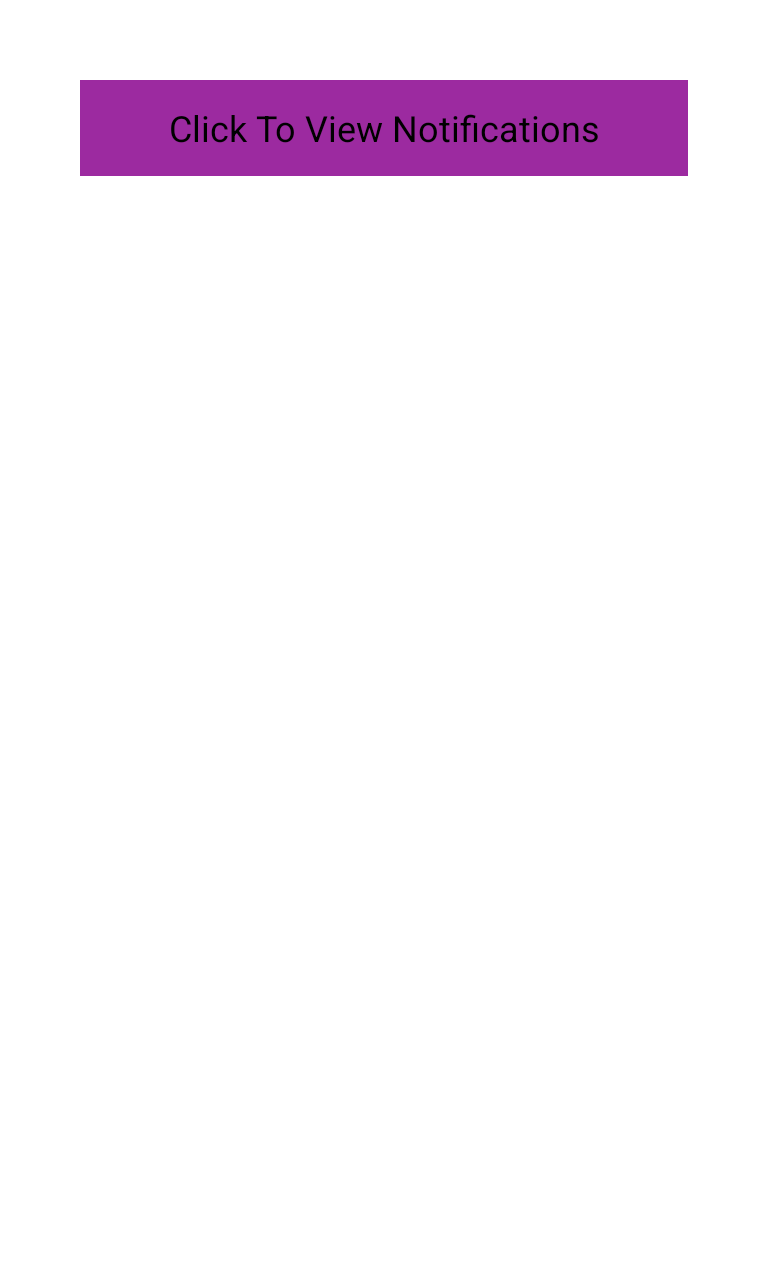
Repository: harishkumar93/harish_AndroidTraining2014
Layout: Exam/BroadCastActivity/res/layout/main.xml
The author's editor kept a copy of each file at every save. The layout is drawn from the files as they stood at one save, then again after the next save.
It is drawn on a 768 x 1280 px phone screen (xhdpi) without system bars, with theme AppTheme; the app's code is not run.

Above is the layout before, as saved 2014-10-06 11:47:05.

After the next save:
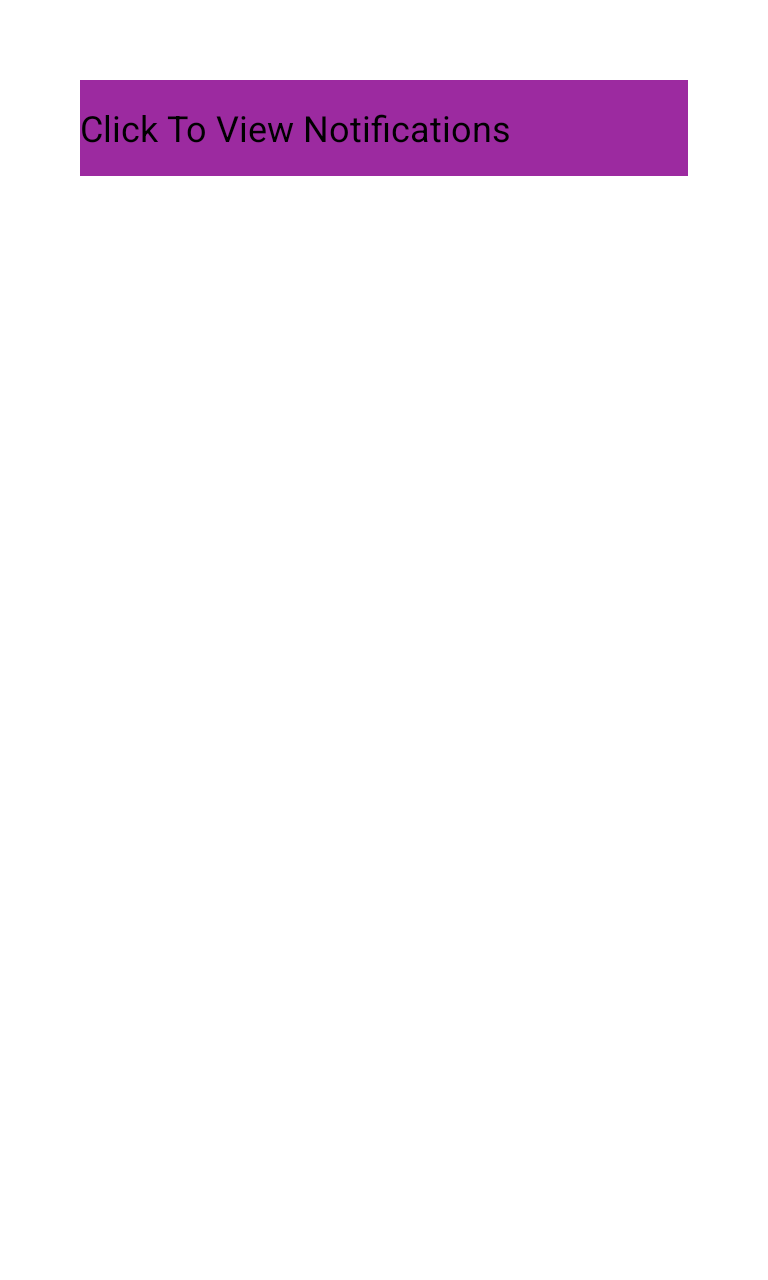
Saved 21 s later.
--- a/Exam/BroadCastActivity/res/layout/main.xml
+++ b/Exam/BroadCastActivity/res/layout/main.xml
@@ -13,7 +13,7 @@
         android:layout_marginLeft="40dp"
         android:layout_marginRight="40dp"
         android:layout_marginTop="40dp"
-        android:layout_gravity="center_vertical"
+        android:gravity="center_vertical"
         />
 
 

After the save that followed:
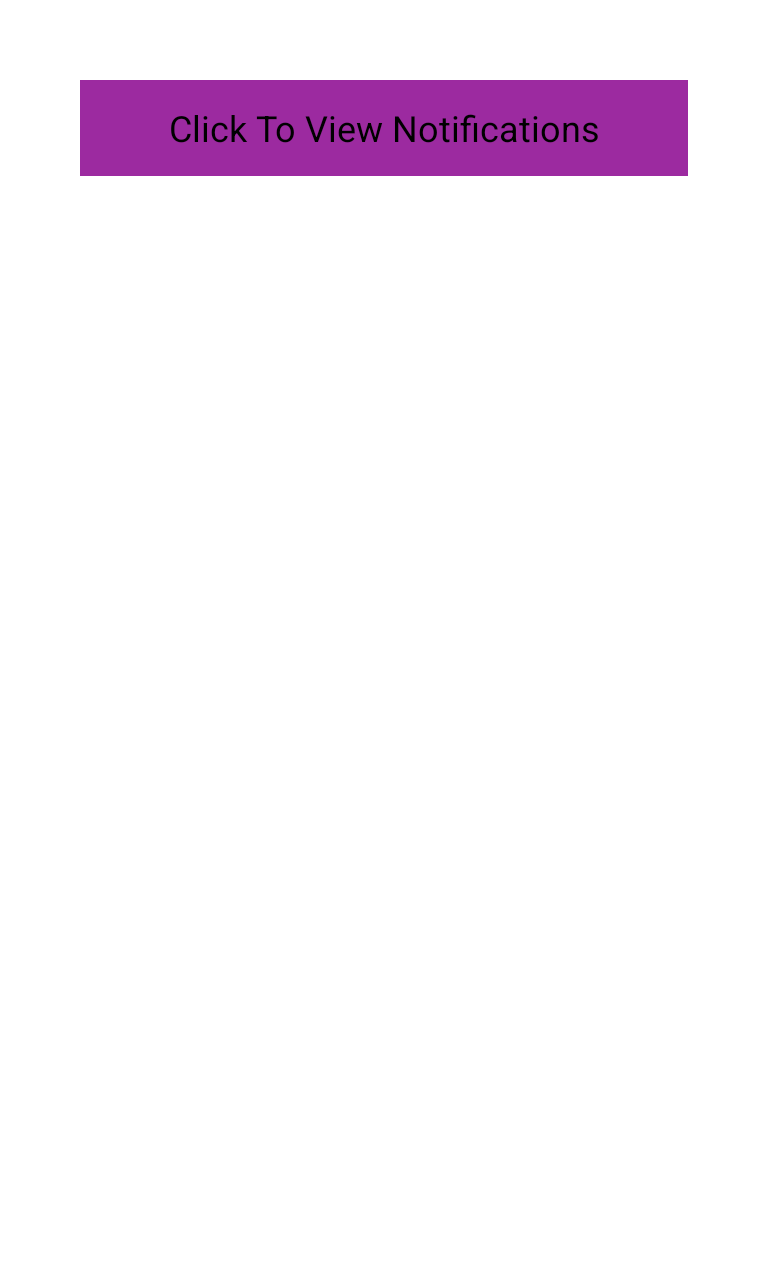
Saved 20 s later.
--- a/Exam/BroadCastActivity/res/layout/main.xml
+++ b/Exam/BroadCastActivity/res/layout/main.xml
@@ -13,7 +13,7 @@
         android:layout_marginLeft="40dp"
         android:layout_marginRight="40dp"
         android:layout_marginTop="40dp"
-        android:gravity="center_vertical"
+        android:layout_gravity="center"
         />
 
 
